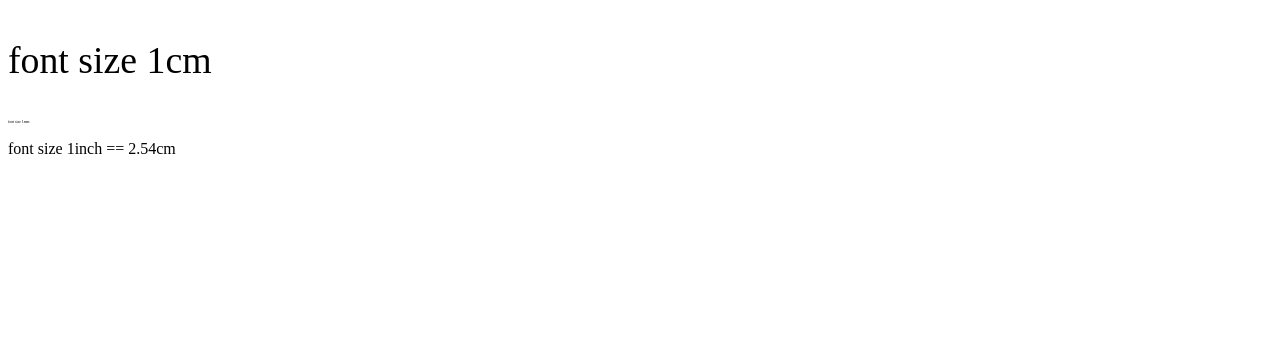
Repository: suhong99/htmlLecture
Page: cssSample1/src/main/webapp/index1.html
The author's editor kept a copy of each file at every save. The page is drawn from the files as they stood at one save, then again after the next save.
The browser window is 1280 px wide. The pictures show the whole page.

Above is the page before, as saved 2023-06-22 01:02:05.

### cssSample1/src/main/webapp/index1.html
<!DOCTYPE html>
<html>
<head>
<meta charset="UTF-8">
<title>Insert title here</title>
<style type="text/css">

.cm{
font-size : 1cm;
}

.mm {
	font-size : 1mm;
}
.inch {
	font-size : 1inch;
}
</style>
</head>
<body>
	<p class="cm">font size 1cm</p>
	<p class="mm">font size 1mm</p>
	<p class="inch">font size 1inch == 2.54cm</p>

</body>
</html>

After the next save:
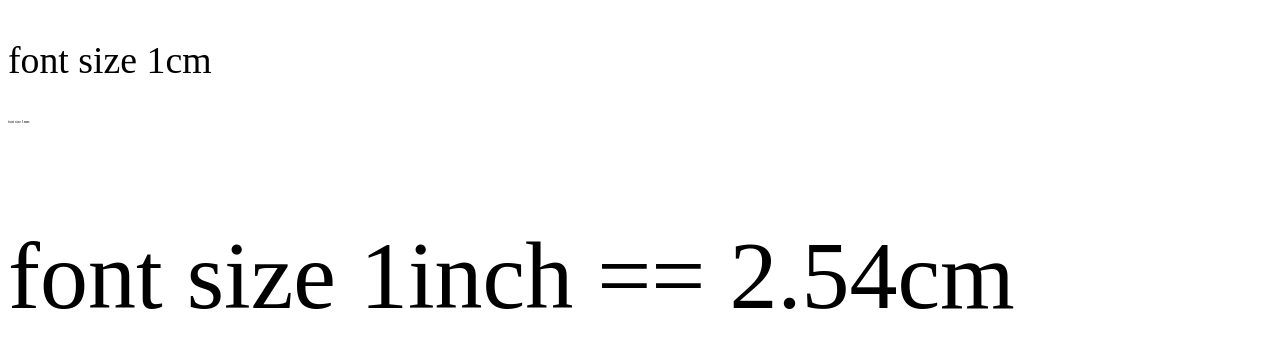
Saved 17 s later.
--- a/cssSample1/src/main/webapp/index1.html
+++ b/cssSample1/src/main/webapp/index1.html
@@ -13,7 +13,7 @@ font-size : 1cm;
 	font-size : 1mm;
 }
 .inch {
-	font-size : 1inch;
+	font-size : 1in;
 }
 </style>
 </head>
